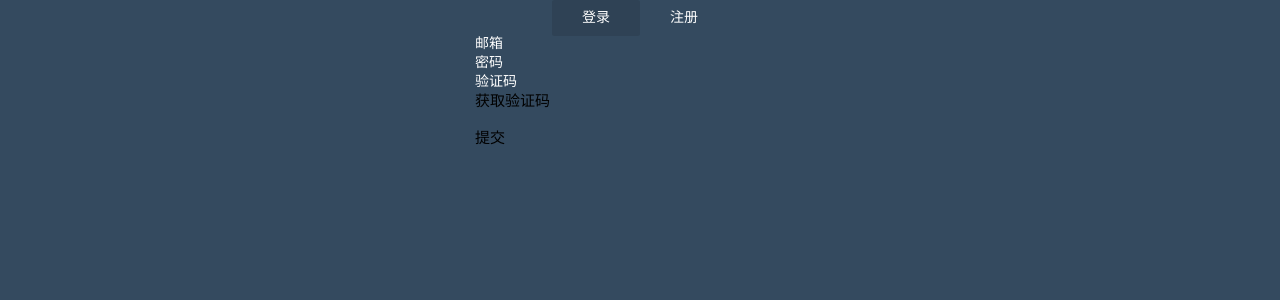
Repository: stingys/vue-admin
Page: /
An editor plug-in stored every save of this project. The page is shown before and after a run of saves, followed by the edit.
The browser window is 1280 px wide. The pictures show the whole page.
The project was rebuilt for these pictures with package versions that can differ from the ones it lists, and the page was loaded fresh each time. Also part of the build but not shown: vue.config.js. Imported but missing from the stored project, and not drawn on this page: src/plugins/elementUI.

Above is the page before, as saved 2020-03-12 14:42:33.

After the next 2 saves:
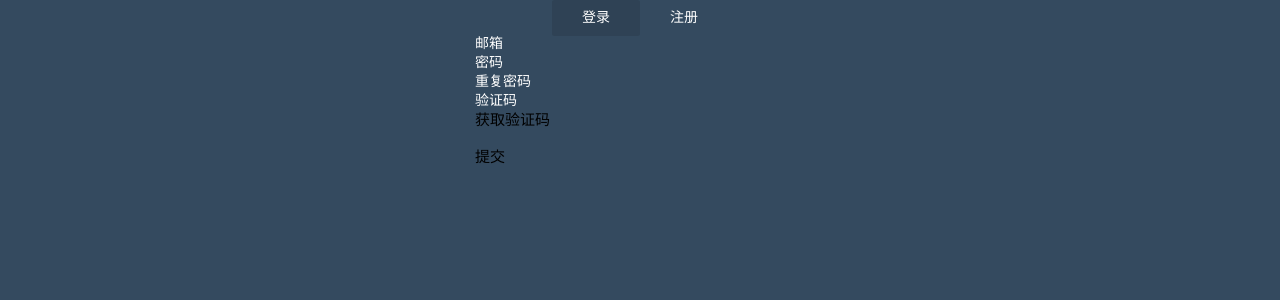
The 2 saves are shown as one change because they came seconds apart.
The last was saved 4 min 28 s later.
--- a/src/views/Login/index.vue
+++ b/src/views/Login/index.vue
@@ -16,7 +16,12 @@
 
       <el-form-item prop="password" class="item-from">
         <label for="password">密码</label>
-        <el-input id="password" type="password" v-model="ruleForm.password" maxlength="20" autocomplete="off"></el-input>
+        <el-input id="password" type="text" v-model="ruleForm.password" maxlength="20" autocomplete="off"></el-input>
+      </el-form-item>
+
+       <el-form-item prop="passwords" class="item-from">
+        <label for="passwords">重复密码</label>
+        <el-input id="passwords" type="text" v-model="ruleForm.passwords" maxlength="20" autocomplete="off"></el-input>
       </el-form-item>
 
       <el-form-item prop="code" class="item-from">
